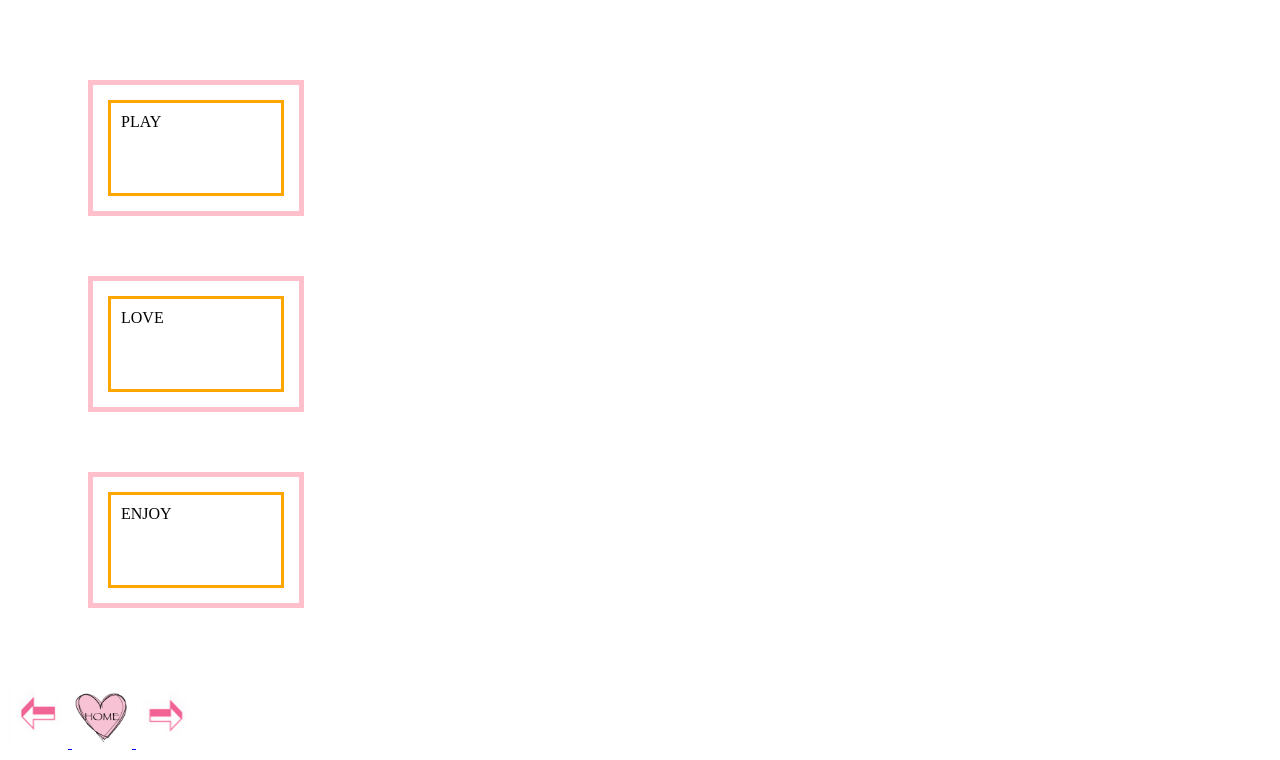
Repository: hyereechoi/hyereechoi.github.io
Page: h2.html
The author's editor kept a record of every edit. The page is drawn from the files as they stood at one moment, then again after the next edit.
The browser window is 1280 px wide. The pictures show the whole page.

Above is the page before.

After the next edit:
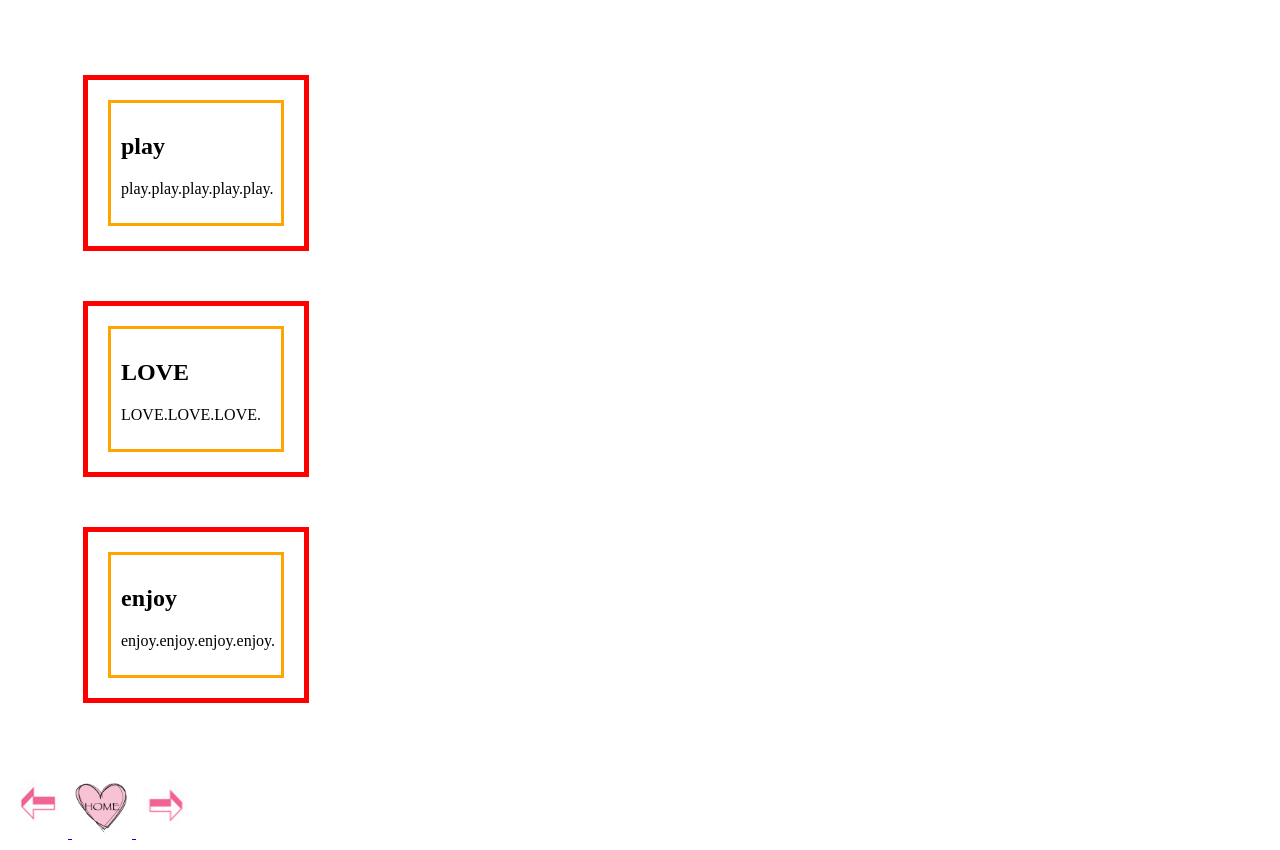
The edit:
--- a/h2.html
+++ b/h2.html
@@ -15,8 +15,16 @@
 </head>
 <body>
 
+<div class="cities">
+<h2>play</h2>
 
-<div> PLAY </div>
+<p>play.play.play.play.play.</p>
+
+
+</div>
+
+
+
 
 <style>
 div {
@@ -33,24 +41,38 @@
 <body>
 
 
-<div>LOVE </div>
+<div class="cities">
+<h2>LOVE</h2>
+
+<p>LOVE.LOVE.LOVE.</p>
+
+
+</div>
+
 
 <style>
 div {
     margin: 100px;
     width: 150px;
     padding: 10px;
-    height: 70px;
+    height: 100px;
     border: 3px solid orange;
-    outline: 5px solid pink;
-    outline-offset: 15px;
+    outline: 5px hot pink;
+    outline-offset: 20px;
+
 }
 </style>
 </head>
 <body>
 
+<div class="cities">
+<h2>enjoy</h2>
 
-<div>ENJOY </div>
+<p>enjoy.enjoy.enjoy.enjoy.</p>
+
+
+</div>
+
 
 
 <a href="h1.html">
